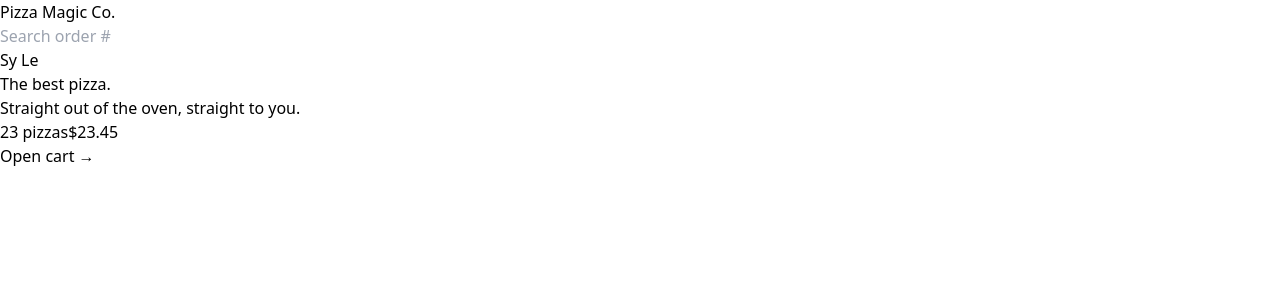
Repository: SyLe-Van/The-Pizza-Magic-web
Page: /
An editor plug-in stored every save of this project. The page is shown before and after the next save, followed by the edit.
The browser window is 1280 px wide. The pictures show the whole page.
The project was rebuilt for these pictures with package versions that can differ from the ones it lists, and the page was loaded fresh each time. Also part of the build but not shown: vite.config.js, src/ui/Loader.jsx, src/services/apiRestaurant.js, src/features/menu/Menu.jsx, src/features/cart/Cart.jsx, src/ui/Error.jsx, src/features/order/CreateOrder.jsx, src/utils/helpers.js and 1 more. Imported but missing from the stored project, and not drawn on this page: src/features/menu/MenuItem.

Above is the page before, as saved 2024-07-25 17:30:17.

### index.html
<!doctype html>
<html lang="en">
  <head>
    <meta charset="UTF-8" />
    <link rel="icon" type="image/svg+xml" href="/vite.svg" />
    <meta name="viewport" content="width=device-width, initial-scale=1.0" />
    <title>Vite + React</title>
  </head>
  <body clas="bg-stone-100 text-stone-700">
    <div id="root"></div>
    <script type="module" src="/src/main.jsx"></script>
  </body>
</html>

### src/App.jsx
import {RouterProvider, createBrowserRouter } from "react-router-dom"
import Home from "./ui/Home"
import AppLayout from "./ui/AppLayout"
import Menu, {loader as menuLoader} from "./features/menu/Menu"
import Cart from "./features/cart/Cart"
import Error from "./ui/Error"
import CreateOrder, {action as CreateOrderAction} from "./features/order/CreateOrder"
import Order, {loader as orderLoader} from "./features/order/Order"
const router = createBrowserRouter([
  {
    element: <AppLayout />,
    errorElement: <Error />,
    children: [
      {
        path: "/",
        element: <Home />
      },
      {
        path: "/menu",
        element: <Menu />,
        loader: menuLoader,
        errorElement: <Error />,
      },
      {
        path: "/cart",
        element: <Cart />
      },
      {
        path: "/order/new",
        element: <CreateOrder />,
        action: CreateOrderAction,
      },
      {
        path: "/order/:orderId",
        element: <Order />,
        loader: orderLoader,
        errorElement: <Error />,
      }
    ]
  },


])

export default function App() {
  return <RouterProvider router={router} />
}

### src/index.css
@tailwind base;
@tailwind components;
@tailwind utilities;
/* body {
  font-family: system-ui, -apple-system, BlinkMacSystemFont, 'Segoe UI', Roboto,
    Oxygen, Ubuntu, Cantarell, 'Open Sans', 'Helvetica Neue', sans-serif;
  background-color: #f7f7f7;
  color: #444;
}

.layout {
  display: grid;
  grid-template-rows: auto 1fr auto;
  gap: 32px;
  height: 100dvh;

} */

/* https://dev.to/afif/i-made-100-css-loaders-for-your-next-project-4eje */
.loader {
  width: 45px;
  aspect-ratio: 0.75;
  --c: no-repeat linear-gradient(#333 0 0);
  background: var(--c) 0% 50%, var(--c) 50% 50%, var(--c) 100% 50%;
  background-size: 20% 50%;
  animation: loading 1s infinite linear;
}

@keyframes loading {
  20% {
    background-position: 0% 0%, 50% 50%, 100% 50%;
  }
  40% {
    background-position: 0% 100%, 50% 0%, 100% 50%;
  }
  60% {
    background-position: 0% 50%, 50% 100%, 100% 0%;
  }
  80% {
    background-position: 0% 50%, 50% 50%, 100% 100%;
  }
}

### src/ui/Home.jsx

function Home() {
  return (
    <div>
      <h1 className="text-xl font-semibold text-center ">
        The best pizza.
        <br />
        <span className="text-yellow-500 ">
          Straight out of the oven, straight to you.
        </span>
      </h1>
    </div>
  );
}

export default Home;

### src/ui/AppLayout.jsx
import { Outlet, useNavigation } from "react-router-dom";
import CartOverview from "../features/cart/CartOverview";
import Header from "./Header";
import Loader from "./Loader";
export default function AppLayout() {
    const navigation = useNavigation()
    const isLoading = navigation.state === "loading"
    return (
        <div className="layout">
            {isLoading && <Loader />}
            <Header />
            <main>
                <Outlet />
            </main>
            <CartOverview />
        </div>
    )
}

### src/features/cart/CartOverview.jsx
import { Link } from "react-router-dom";
export default function CartOverview() {
  return (
    <div className="bg-stone-800 text-stone-200 uppercase">
      <p className="text-stone-300 font-semibold">
        <span>23 pizzas</span>
        <span>$23.45</span>
      </p>
      <Link to='/cart'>Open cart &rarr;</Link>
    </div>
  );
}

### src/ui/Header.jsx
import { Link } from "react-router-dom";
import Username from "../features/user/Username";
import SearchOrder from "../features/order/SearchOrder";

export default function Header() {
    return (
        <header className="bg-yellow-500 uppercase">
            <Link className="tracking-widest" to="/">Pizza Magic Co.</Link>
            <SearchOrder />
            <p>Sy Le</p>
        </header>
    )
}

### src/features/order/SearchOrder.jsx
import {useState} from 'react';
import { useNavigate } from 'react-router-dom';
export default function SearchOrder() {
    const [query, setQuery] = useState("");
    const navigate = useNavigate()

    function handleSubmit(e) {
        e.preventDefault();
        if (!query) return;
        navigate('/order/' + query)
        setQuery("")
    }
    return (
        <form onSubmit={handleSubmit}>
            <input  placeholder="Search order #"
                    value={query}
                    onChange={e => setQuery(e.target.value)} />

        </form>
    )
}

### tailwind.config.js
/** @type {import('tailwindcss').Config} */
module.exports = {
  content: ["./index.html", "./src/**/*.{html,js, jsx, tsx}"],
  theme: {
    extend: {},
  },
  plugins: [],
};

### src/features/user/Username.jsx
function Username() {
    return (
        <p>Sy Le</p>
    )
}

export default Username;

Loaded but not shown: src/main.jsx (common file)

After the next save:
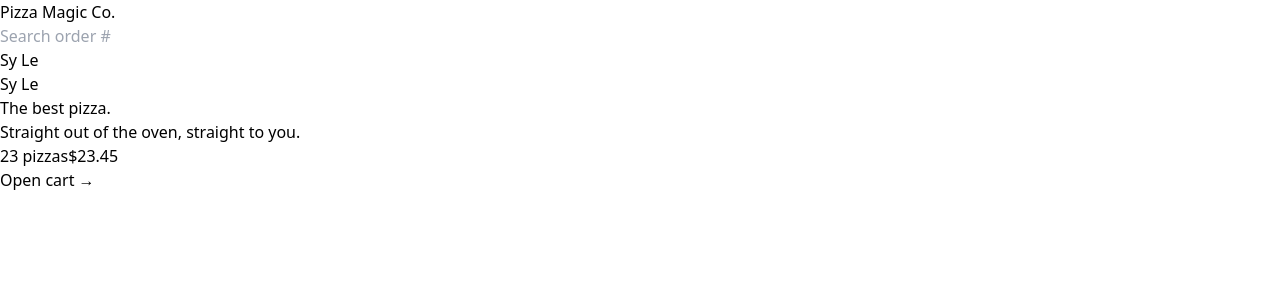
Saved 9 s later.
--- a/src/ui/Header.jsx
+++ b/src/ui/Header.jsx
@@ -7,6 +7,8 @@ export default function Header() {
         <header className="bg-yellow-500 uppercase">
             <Link className="tracking-widest" to="/">Pizza Magic Co.</Link>
             <SearchOrder />
+
+            <Username />
             <p>Sy Le</p>
         </header>
     )
